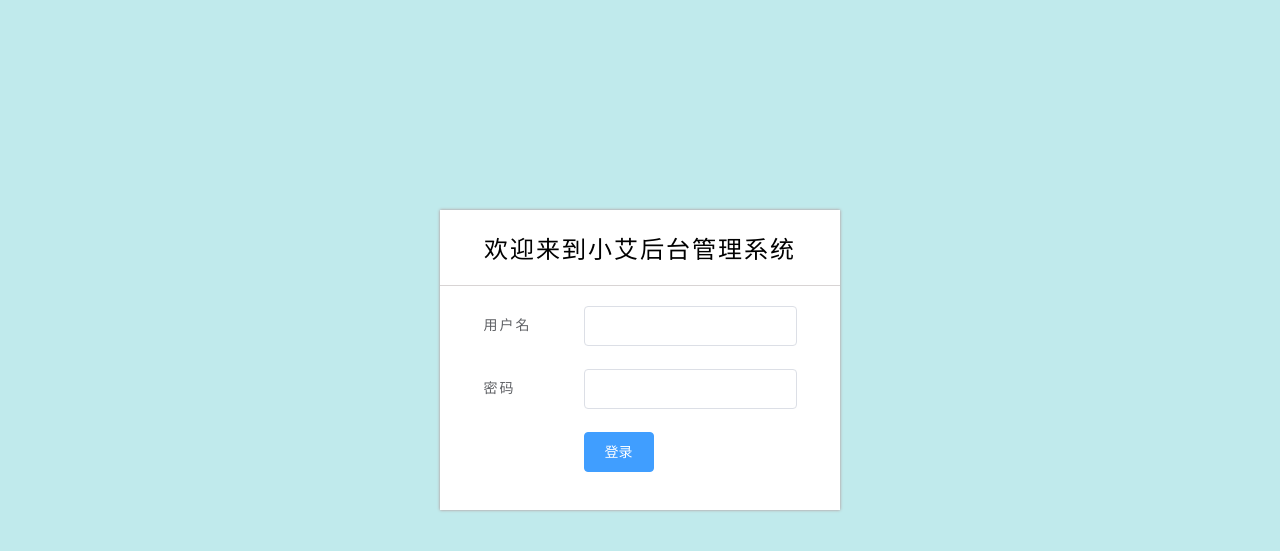
Repository: noob-injoker/router-slots-cw-ee
Page: /Login
An editor plug-in stored every save of this project. The page is shown before and after the next save, followed by the edit.
The browser window is 1280 px wide. The pictures show the whole page.
The project was rebuilt for these pictures with package versions that can differ from the ones it lists, and the page was loaded fresh each time. Also part of the build but not shown: vue.config.js, src/views/Home.vue, src/views/Layout.vue.

Above is the page before, as saved 2020-08-29 19:37:20.

### src/main.js
import Vue from 'vue'
import App from './App.vue'
import router from './router'
import store from './store'
import './bus'
import ElementUI from 'element-ui'
import 'element-ui/lib/theme-chalk/index.css'

Vue.use(ElementUI)

Vue.config.productionTip = false

new Vue({
  router,
  store,
  render: h => h(App)
}).$mount('#app')

### src/App.vue
<template>
<div id="app">

  <router-view />

</div>
</template>

<style>
@import './styles/styles.scss';
@import './styles/common.scss';
</style>

### src/router/index.js
import Vue from 'vue'
import VueRouter from 'vue-router'
import Home from '../views/Home.vue'
import Layout from '../views/Layout.vue'

Vue.use(VueRouter)

  const routes = [
    {
      path: '/',
      name: 'Layout',
      component: Layout,
      children: [

        {
          path: '',
          name: 'Home',
          component: Home
        }
        // ,
        // {
        //   path: 'cata',
        //   name: 'cata',
        //   component: () => import('../views/cata.vue')
        // }
      ]

    },
    {
      path:'/Login',
      name:"Login",
      component: () => import('../views/Login.vue'),
      meta:{
        title:'登录'
      }
    },
  // ,
  // {
  //   path: '/about',
  //   name: 'About',
  //   // route level code-splitting
  //   // this generates a separate chunk (about.[hash].js) for this route
  //   // which is lazy-loaded when the route is visited.
  //   component: () => import(/* webpackChunkName: "about" */ '../views/About.vue')
  // }

]

const router = new VueRouter({
  mode: 'history',
  base: process.env.BASE_URL,
  routes
})

export default router

### src/store/index.js
import Vue from 'vue'
import Vuex from 'vuex'
import user from './user/user'

Vue.use(Vuex)

export default new Vuex.Store({
  state: {
    some:""
  },
  mutations: {
    setSome(state,data){
      state.some = data
    }
  },
  actions: {
  },
  modules: {
    user
  }
})

### src/bus/index.js
import Vue from 'vue'
const bus = new Vue()
Vue.prototype.$bus = bus

### src/styles/styles.scss
.username .el-form-item__label,.password .el-form-item__label{
    text-align: left;
}

### src/styles/common.scss
*{
  margin: 0px;
  padding: 0px;
}

.df{
  display: flex;
}
.f-1{
  flex: 1;
}
.j-center{
  display: flex;
  justify-content: center;

}
.j-bettween{
  display: flex;
  justify-content: space-between;

}
.j-around{
  display: flex;
  justify-content: space-around;
}
.j-end{
  display: flex;
  justify-content: flex-end;
}
.a-center{
  align-items: center;
}
.f-column{
  display: flex;
  flex-direction: column;
}
.p-r{
  position: relative;
}
.p-a{
  position: absolute;
}

.r1{
  border: 1px solid red;
}
.y1{
  border: 1px solid yellow;
}
.b1{
  border: 1px solid black;
}

.l-height32{
  line-height: 32px;
}
.w100{

  width: 100%;

}
.t-center{
  text-align: center;

}
.f12{
  font-size: 12px;
}

.w1170{
  width: 1170px;
}
.h100{
  height: 100px;
}
.h70{
  height: 70px;
}
.h436{
  height: 436px;
}
.h350{
  height: 350px;
}
.w1070{
  width: 1070px;
}
.h1590{
  height: 1590px;
}
.h726{
  height: 726px;
}
.w1054{
  width: 1054px;
}
.h160{
  height: 160px;
}
.w732{
  width: 732px;
}
.b2{
  border: 2px solid black;
}
.h434{
  height: 434px;

}
.h600{
  height: 600px;
}
.w1078{
  width: 1078px;
}
.h362{
  height: 362px;
}
.fs16{
  font-size: 16px;
}
.w652{
  width: 652px;

}
.h82{
  height: 82px;
}
.w1064{
  width: 1064px;
}
.h352{
  height: 352px;
}
.w286{
  width: 286px;
}
.h22{
  height: 22px;
}
.w290{
  width: 290px;
}
.h330{
  height: 330px;
}
.mt40{
  margin-top: 40px;
}
.h724{
  height: 724px;
}
.h630{
  height: 630px;

}
.w1058{
  width: 1058px;
}
.h160{
  height: 160px;
}
.w290{
  width: 290px;
}
.w738{
  width: 738px;
}
.w1170{
  width: 1170;
}
.h468{
  height: 468px;
}
.mt20{
  margin-top: 20px;
}
.h318{
  height: 318px;
}
.w652{
  width: 652px;
}
.w370{
  width: 370px;
}
.h314{
  height: 314px;
}
.g1{
  border: 1px solid gray;
}
.w146{
  width: 146px;
}
.box_content3_pic img{
  width: 100%;
  height: 100%;
}
.w488{
  width: 488px;
}
.h420{
  height: 420px;
}
.h234{
  height: 234px;
}
.w950{
  width: 950px;
}
.h68{
  height: 68px;
}
.w124{
  width: 124px;
}
.h50{
  height: 50px;
}
.w190{
  width: 190px;
}
.h44{
  height: 44px;
}
.w184{
  width: 184px;
}
.h32{
  height: 32px;
}
.h400{
  height: 400px;
}
.w1200{
  width: 1200px;
}
.w950{
  width: 950px;

}
.h630{
  height: 630px;
}
.h188{
  height: 188px;
}
.h380{
  height: 380px;
}
.h335{
  height: 335px;
}
.h138{
  height: 138px;
}
.w238{
  width: 238px;
}
.h668{
  height: 668px;
}
.h446{
  height: 446px;
}
.w460{
  width: 460px;
}
.w140{
  width: 140px;
}
.h140{
  height: 140px;
}
.w320{
  width: 320px;
}
.w950{
  width: 950px;

}
.h498{
  height: 498px;
}
.h100{
  height: 100px;
}
.h398{
  height: 398px;
}
.mb10{
  margin-bottom: 10px;
}
.w358{
  width: 358px;
}
.w440{
  width: 440px;
}
.w119{
  width: 119px;
}
.h30{
  height: 30px;
}
.w59{
  width: 59px;
}
.h88{
  height: 88px;
}
.w1000{
  width: 1000px;
}
.height{
  height: 460px;
}
.w120{
  width: 120px;
}
.h70{
  height: 70px;
}
.fs12{
  font-size: 12px;
}
.fs14{
  font-size: 14px;
}
.h509{
  height: 509px;
}
.w644{
  width: 644px;
}
.w274{
  width: 274px;
}
.w162{
  width: 274px;
}
.h104{
  height: 104px;
}
.w450{
  width: 450px;
}
.w162{
  width: 162px;
}
.h38{
  height: 38px;
}
.h40{
  height: 40px;
}
.w276{
  width: 276px;
}
.h320{
  height: 320px;
}
.w274{
  width: 274px;

}
.h76{
  height: 76px;
}
.h84{
  height: 84px;
}
.h140{
  height: 140px;
}
.h72{
  height: 72px;
}
.h80{
  height: 80px;
}
.h140{
  height: 140px;
}
.w98{
  width: 98px;
}
.w172{
  width: 172px;
}
.h310{
  height: 310px;
}
.h150{
  height: 150px;
}
.h40{
  height: 40px;
}
.pr{
  position: relative;
}
.pa{
  position: absolute;
}
.h176{
  height: 176px;
}
.w920{
  width: 920px;
}
.h122{
  height: 122px;
}
.h145{
  height: 145px;
}
.h108{
  height: 108px;
}
.h48{
  height: 48px;
}
.w612{
  width: 612px;
}
.h36{
  height: 36px;
}
.w322{
  width: 322px;
}
.w1002{
  width: 1002px;
}
.h98{
  height: 98px;
}
.h44{
  height: 44px;
}

.h328{
  height: 328px;
}
.w670{
  width: 670px;
}
.w258{
  width: 258px;
}
.h368{
  height: 368px;
}
.h308{
  height: 308px;
}
.w332{
  width: 332px;
}
.h590{
  height: 590px;
}
.h466{
  height: 466px;
}
.w242{
  width: 242px;
}
.w732{
  width: 732px;
}
.h42{
  height: 42px;
}
.w420{
  width: 420px;
}
.w270{
  width: 270px;
}
.w730{
  width: 730px;
}
.h150{
  height: 150px;
}
.w270{
  width: 270px;
}
.h120{
  height: 120px;
}
.w420{
  width: 420px;
}

.h150{
  height: 150px;
}
.w244{
  width: 244px;

}
.h276{
  height: 276px;
}
.h42{
  height: 42px;
}
.h490{
  height: 490px;
}
.f1{
  flex: 1;
}
.f5{
  flex: 5;
}
.h64{
  height: 64px;
}
.m-l-20{
  margin-left: 20px;
}
.p-l-8{

  padding-left: 8px;
}
.cw{
  color: white;
}
.bg_blue{
  background: rgb(87, 87, 128);
}
.p10{
  padding:10px;
}
.m-t-40{
  margin-top: 40px;
}
.m-t-10{
  margin-top: 10px;
}
.wb20{
  width: 20%;
}
.wb24{
  width: 24%;
}
.hb30{
  height: 30%;
}
.h60{
  height: 60px;
}
.fs22{
  font-size: 40px;
}
.h50{
  height: 50px;
}
.w200{
  width: 200px;
}
.m-t-10{
  margin-top: 10px;
}
.fw7{
  font-weight: 700;
}
.w200{
  width: 200px;
}
.h200{
  height: 200px;
}
.h602{
  height: 602px;
}
.h608{
  height: 607px;
}
.m-l-r-20{
  margin-left: 20px;
  margin-right: 20px;
}
.bgwhite{
  background: white;
}
.fixed{
  position: fixed;
}
.m-l-r-15{
  margin-left: 15px;
  margin-right: 15px;
}
.m-l-10{
  margin-left: 10px;
}
.m-t-15{
  margin-top:15px
}
.h40{
  height: 40px;
}
.bgw{
  background: white;
}
.h30{
  height: 30px;
}
.wb100{
  width: 100%;
}
.w300{
  width: 400px;
}
.h40{
  height: 40px;
}
.m-b-20{
  margin-bottom: 20px;
}
.m-t-20{
  margin-top: 20px;
}
.m-r-30{
  margin-right:30px;
}
.ccc{
  display: flex;
  align-items: center;
  justify-content: center;
}
.w00{
  width: 100%;

}
.h00{
  height: 100%;
}
.bgBlue{
  background: blue;
}
.bgBlack{
  background: black;
}
.bgGreen{
  background: green;
}

### src/views/Login.vue
<template>
<div class="box">

  <div class="login-box">
    <div class="title ">欢迎来到小艾后台管理系统</div>
    <div class="line"></div>
    <el-form :model="ruleForm" :rules="rules" ref="ruleForm" label-width="100px" class="demo-ruleForm">

      <div class="username">
        <el-form-item label="用户名" prop="用户名">
          <el-input v-model="ruleForm.username"></el-input>
        </el-form-item>
      </div>

      <div class="password">
        <el-form-item label="密码" prop="密码">
          <el-input type="password" v-model="ruleForm.password"></el-input>
        </el-form-item>
      </div>

      <el-form-item>

        <el-button type="primary" @click="submitForm('ruleForm')">登录</el-button>

      </el-form-item>

    </el-form>
  </div>
</div>
</template>

<script>
export default {
  name: '',
  props: {},
  components: {

  },
  data() {
    return {
      ruleForm: {
        username: '',
        password: "",
      },
      rules: {
        username: [{
            required: true,
            message: '请输入用户名',
            trigger: 'blur'
          },
          {
            min: 3,
            max: 5,
            message: '长度在 3 到 5 个字符',
            trigger: 'blur'
          }
        ],
        password: [{
            required: true,
            message: '请输入密码',
            trigger: 'blur'
          },
          {
            min: 3,
            max: 5,
            message: '长度在 3 到 5 个字符',
            trigger: 'blur'
          }
        ]
      }

    }
  },
  methods: {

    submitForm(formName) {
      this.$refs[formName].validate((valid) => {
        if (valid) {
          this.$store.dispatch('user/login', {
            username: this.ruleForm.username,
            password: this.ruleForm.password
          })
          alert('submit!');

        } else {
          console.log('error submit!!');
          return false;
        }
      });
    }

  },
  mounted() {

  },
  watch: {

  },
  computed: {

  }
}
</script>

<style lang="scss" scoped>
.line {
  text-align: left !important;
}

.line {
  margin: 20px auto;
  width: 100%;
  height: 1px;
  background: rgb(216, 212, 212);
}

.b1 {
  border: 1px solid red;
}

.title {
  margin-top: 20px;
  font-size: 24px;
}

.el-input__inner {
  background: white;
}

.box {
  letter-spacing: 2px;
  background: rgb(192, 234, 236);
  width: 100%;
  height: 100%;
  position: absolute;

}

.login-box {
  position: absolute;
  margin: auto;
  left: 0;
  right: 0;
  top: 0;
  bottom: 0;
  width: 400px;
  height: 300px;
  background: white;
  box-shadow: 0 0 3px rgb(177, 140, 140);
  display: flex;
  flex-direction: column;
  align-items: center;

}
</style>

### src/store/user/user.js
import api from '../../http/api'
import router from '../../router'
import {Message} from 'element-ui'

export default {
  // 开启命名空间 这个文件就是单独的一个vuex的模块
  namespaced: true,
  state: {
    menus: []
  },
  mutations: {
    setMenus(state, data) {
      state.menus = data
    }
  },
  actions: {
    // 所有的请求都写在actions里面
    // action里面的方法可以传两个参数 第一个参数是整个store(vuex对象) 第二个参数是请求的参数
    async getMenus({commit}) {
      let res = await api.getMenus()
      if (res.meta.status === 200) {
        // 提交mutation
        commit('setMenus', res.data)
      }
    },
    async login({commit}, {username, password}) {
      console.log(commit);
      let res = await api.login({
        username,
        password
      })
      if (res.meta.status === 200) {
        // 存储信息
        localStorage.setItem('adminToken', res.data.token)
        localStorage.setItem('adminUser', JSON.stringify(res.data))
        // 跳转路由
        router.push('/Home')
        // 提示用户
        Message.success('登录成功')
      } else {
        Message.error(res.meta.msg)
      }
    }
    // getMenus() {
    //   api.getMenus().then().catch()
    // }
  },
}

### src/http/api.js
import service from './index'

export default {
  login({username, password}) {
    return service.post('/login', {
      username,
      password
    })
  },
  getMenus() {
    return service.get('menus')
  }
}

### src/http/index.js
import axios from 'axios'
import nprogress from 'nprogress'
import {Message} from 'element-ui'


// 运行环境: 本地环境:devlpment 和线上(生产)环境: production
const isPro = process.env.NODE_ENV === 'production'

// 创建一个axios的实例
const service = axios.create({
  // 基础路径: 需要根据当前的运行环境来判断
  baseURL: isPro ? '线上的接口路径' : '/api',
  // 超时时间
  timeout: 100000
})


// 请求拦截: 每一次发请求都会做的事情
service.interceptors.request.use((config) => {
  nprogress.start()
  // 前后端鉴权
  // jwt: JSON WEB TOKEN
  // 登录成功之后 后端会返回一个令牌
  let token = localStorage.getItem('adminToken')
  if (token) {
    // 需要在请求头当中添加token
    config.headers['Authorization'] = token
  }
  return config
}, err => {
  nprogress.done()
  return Promise.reject(err)
})


// 响应拦截: 每一次接口返回数据的时候都会做的事情
service.interceptors.response.use((res) => {
  nprogress.done()
  return res.data
}, err => {
  if (err.response && err.response.status) {
    // 错误请求的状态码
    let status = err.response.status
    if (status === 400) {
      Message.error('参数错误')
    }
    if (status === 401) {
      Message.error('登录过期,请重新登录')
    }
    if (status === 403) {
      Message.error('没有权限')
    }
    if (status === 404) {
      Message.error('接口路径错误')
    }
    if (status === 500) {
      Message.error('服务器出错')
    }
    if (status === 503) {
      Message.error('服务器在维护')
    }
  }
  return Promise.reject(err)
})


export default service

Loaded but not shown: public/index.html (common file)

After the next save:
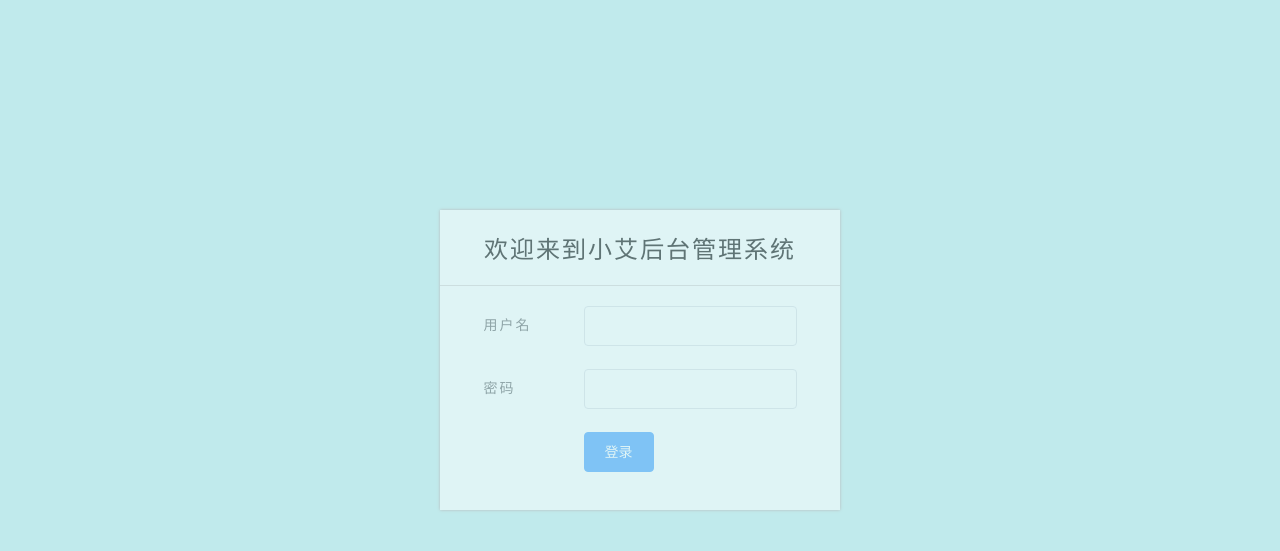
Saved 85 s later.
--- a/src/views/Login.vue
+++ b/src/views/Login.vue
@@ -150,6 +150,7 @@ export default {
   display: flex;
   flex-direction: column;
   align-items: center;
+  opacity: 0.5;
 
 }
 </style>
